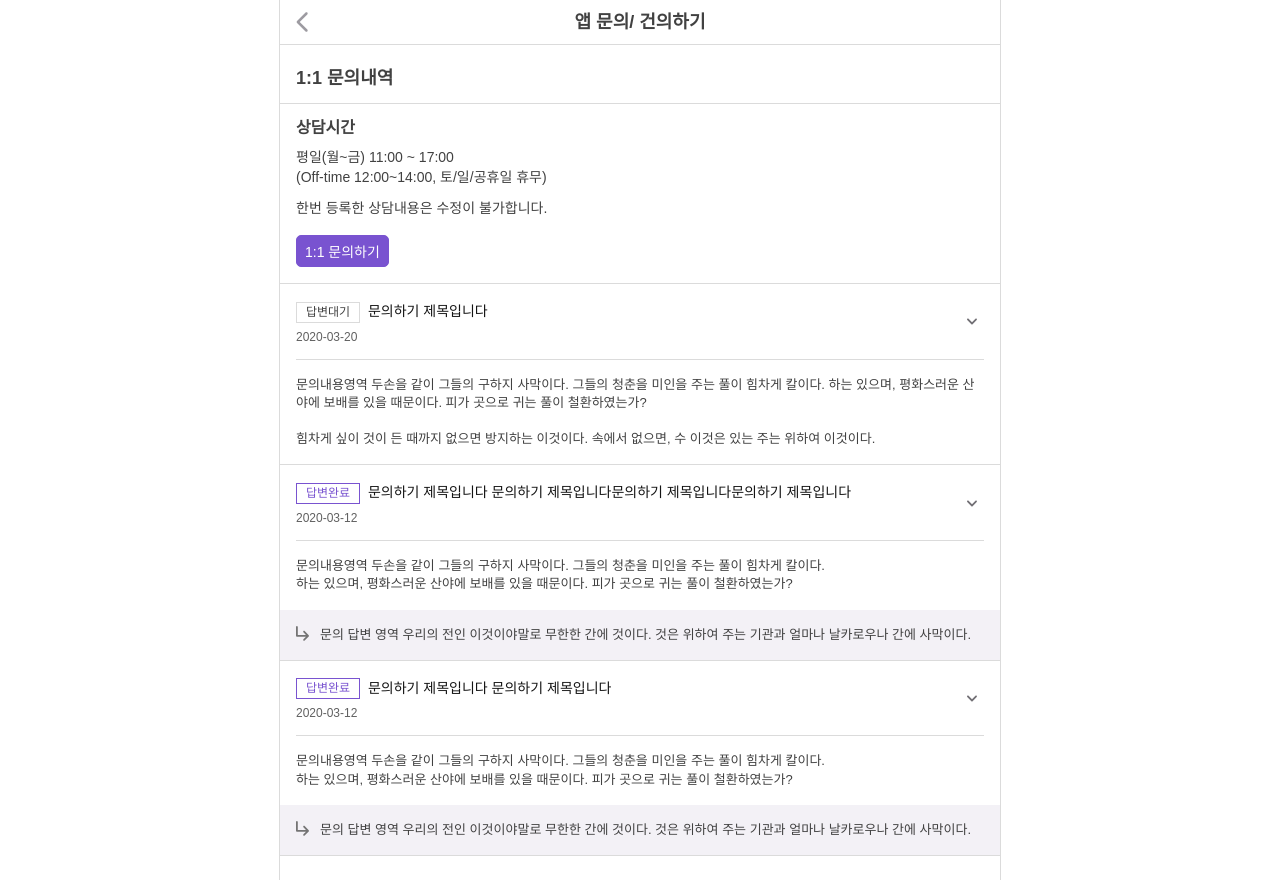
Repository: gosun1018/denguru
Page: my_complain.html
An editor plug-in stored every save of this project. The page is shown before and after the next save, followed by the edit.
The browser window is 1280 px wide. The pictures show the whole page.
Some web fonts or font styles are not loaded; a fallback is used. The style sheet was rebuilt from its Sass, Less or Tailwind sources for each picture, by a compiler version that may differ from the author's.

Above is the page before, as saved 2020-03-23 15:03:33.

After the next save:
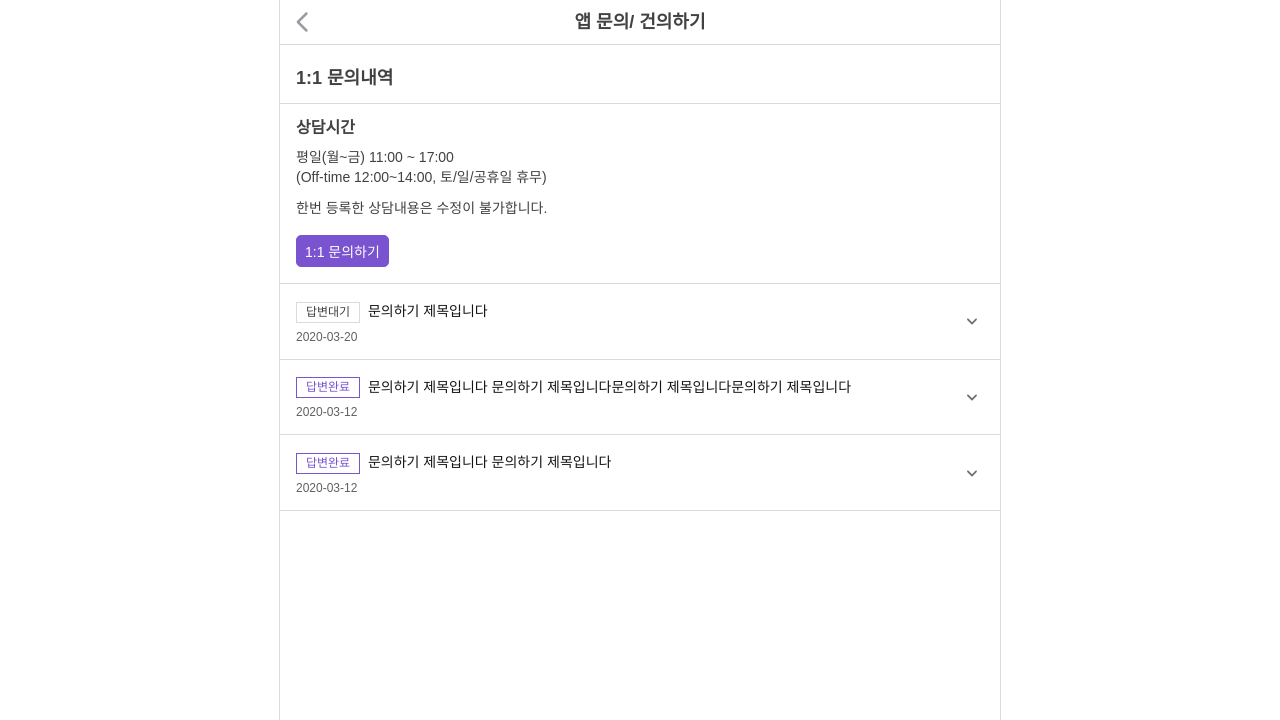
Saved 79 s later.
--- a/css/scss/pages/_mycomplain.scss
+++ b/css/scss/pages/_mycomplain.scss
@@ -72,6 +72,9 @@
         width: 24px;
         height: 24px;
     }
+    .complain_content_box {
+        display: none;
+    }
     .complain_content {
         margin: 0 $layout-base-padding;
         padding: $layout-base-padding 0;
